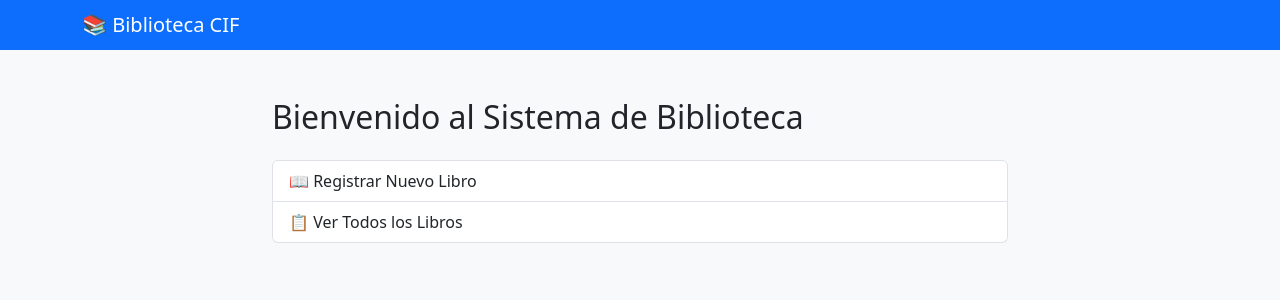
Repository: rafarmk/biblioteca-cif
Page: http://localhost/biblioteca-cif/
An editor plug-in stored every save of this project. The page is shown before and after the next save, followed by the edit.
The browser window is 1280 px wide. The pictures show the whole page.
The page is run by PHP 8.4 with error messages shown; the project is at /var/www/html/.

Above is the page before, as saved 2025-10-08 10:16:32.

After the next save:
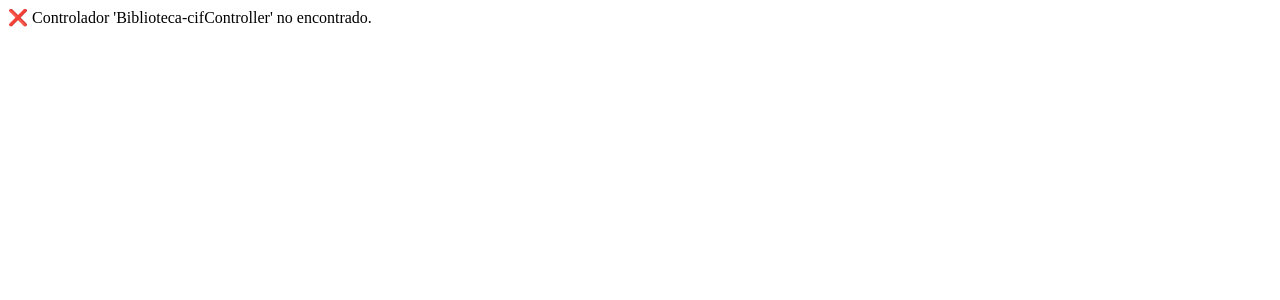
Saved 18 min 0 s later.
--- a/index.php
+++ b/index.php
@@ -1,35 +1,29 @@
 <?php
-// index.php - Página principal
-?>
-<!DOCTYPE html>
-<html lang="es">
-<head>
-    <meta charset="UTF-8">
-    <meta name="viewport" content="width=device-width, initial-scale=1.0">
-    <title>Biblioteca CIF</title>
-    <link href="https://cdn.jsdelivr.net/npm/bootstrap@5.3.0/dist/css/bootstrap.min.css" rel="stylesheet">
-</head>
-<body class="bg-light">
-    <nav class="navbar navbar-dark bg-primary">
-        <div class="container">
-            <span class="navbar-brand mb-0 h1">📚 Biblioteca CIF</span>
-        </div>
-    </nav>
+// index.php - Front Controller
 
-    <div class="container mt-5">
-        <div class="row">
-            <div class="col-md-8 offset-md-2">
-                <h2 class="mb-4">Bienvenido al Sistema de Biblioteca</h2>
-                <div class="list-group">
-                    <a href="vistas/form-Libro.php" class="list-group-item list-group-item-action">
-                        📖 Registrar Nuevo Libro
-                    </a>
-                    <a href="vistas/listar-libros.php" class="list-group-item list-group-item-action">
-                        📋 Ver Todos los Libros
-                    </a>
-                </div>
-            </div>
-        </div>
-    </div>
-</body>
-</html>
+// Obtener la ruta solicitada
+$uri = trim($_SERVER['REQUEST_URI'], '/');
+$base = 'biblioteca-cif'; // nombre de tu carpeta en Laragon
+$uri = str_replace($base . '/', '', $uri); // eliminar base del URI
+
+$segments = explode('/', $uri);
+
+// Determinar controlador y método
+$controllerName = !empty($segments[0]) ? ucfirst($segments[0]) . 'Controller' : 'HomeController';
+$method = $segments[1] ?? 'index';
+
+// Ruta al controlador
+$controllerPath = "controllers/$controllerName.php";
+
+if (file_exists($controllerPath)) {
+    require_once $controllerPath;
+    $controller = new $controllerName();
+
+    if (method_exists($controller, $method)) {
+        $controller->$method();
+    } else {
+        echo "❌ Método '$method' no encontrado en $controllerName.";
+    }
+} else {
+    echo "❌ Controlador '$controllerName' no encontrado.";
+}
